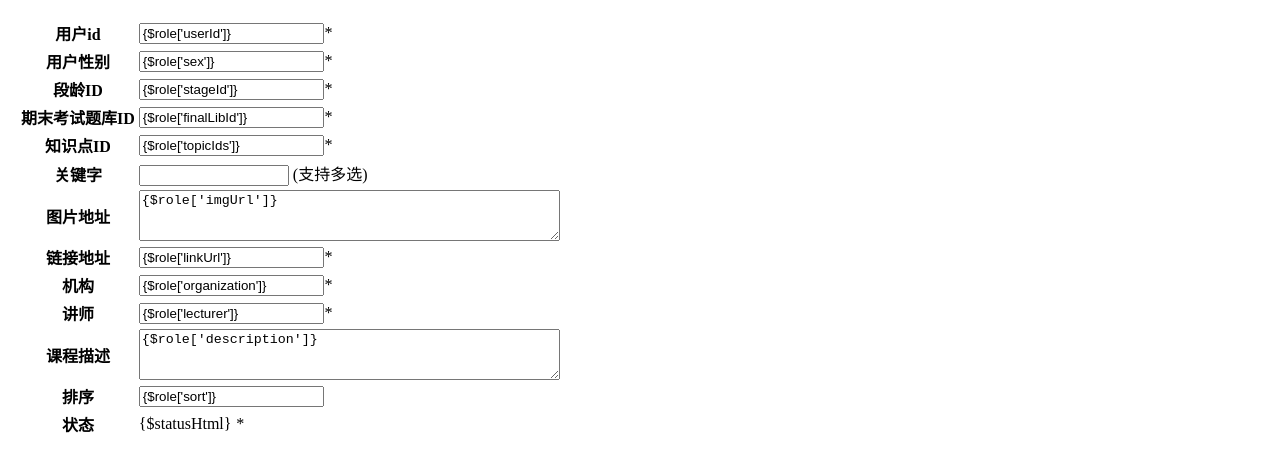
Repository: pridewu/hipi
Page: Education_dev_platform/branches/v1/Application/System/View/v1/Role/edit.html
These files come from the project's save history. The page is drawn as it stood at one moment and after the next save; the edit follows.
The browser window is 1280 px wide. The pictures show the whole page.

Above is the page before, as saved 2014-12-05 11:24:03.

### Education_dev_platform/branches/v1/Application/System/View/v1/Role/edit.html
<form id="edit_form" method="post" style="padding:10px">
<table class="editTable">
	<tr>
		<th>用户id</th>
		<td>
			<input type="hidden" id="id" name="id" value="{$role['id']}"/>
			<input type="text" id="userId" name="userId" value="{$role['userId']}"/><em>*</em>
		</td>
	<tr>
		<th>用户性别</th>
		<td>
			<input type="text" id="sex" name="sex" value="{$role['sex']}"/><em>*</em>
		</td>
	</tr>
	<tr>
		<th>段龄ID</th>
		<td>
			<input type="text" id="stageId" name="stageId" value="{$role['stageId']}"/><em>*</em>
		</td>
	</tr>
	<tr>
		<th>期末考试题库ID</th>
		<td>
			<input type="text" id="finalLibId" name="finalLibId" value="{$role['finalLibId']}"/><em>*</em>
		</td>
	</tr>
	<tr>
		<th>知识点ID</th>
		<td>
			<input type="text" id="topicIds" name="topicIds" value="{$role['topicIds']}"/><em>*</em>
		</td>
	</tr>
	<tr><th>关键字</th><td>
		<input type="hidden" id="aakeys" name="keys" value="{$role['keys']}"/>
		<input id="combobox_keys"  class="easyui-combobox" data-options="valueField:'id',textField:'name'" style="width:150px" /> (支持多选)
	</td></tr>
	<tr>
		<th>图片地址</th>
		<td>
			<textarea name="imgUrl" id="imgUrl" cols="50" rows="3">{$role['imgUrl']}</textarea>
			<a href="#" class="easyui-linkbutton" iconCls="icon-add" plain="true"
				onclick="upfileDialog(1,'{$thumb}','课程图片：{$role[name]}',1,1,'#imgUrl','\r\n')"></a>
		</td>
	</tr>
	<tr>
		<th>链接地址</th>
		<td>
			<input type="text" id="linkUrl" name="linkUrl" value="{$role['linkUrl']}"/><em>*</em>
		</td>
	</tr>
	<tr>
		<th>机构</th>
		<td>
			<input type="text" id="organization" name="organization" value="{$role['organization']}"/><em>*</em>
		</td>
	</tr>
	<tr>
		<th>讲师</th>
		<td>
			<input type="text" id="lecturer" name="lecturer" value="{$role['lecturer']}"/><em>*</em>
		</td>
	</tr>
	<tr>
		<th>课程描述</th>
		<td>
			<textarea name="description" id="description" cols="50" rows="3">{$role['description']}</textarea>
		</td>
	</tr>
	<tr>
		<th>排序</th>
		<td><input type="text" id="sort" name="sort" value="{$role['sort']}"/></td>
	</tr>
	<tr><th>状态</th><td>{$statusHtml} <em>*</em></td></tr>
</table>
</form>

After the next save:
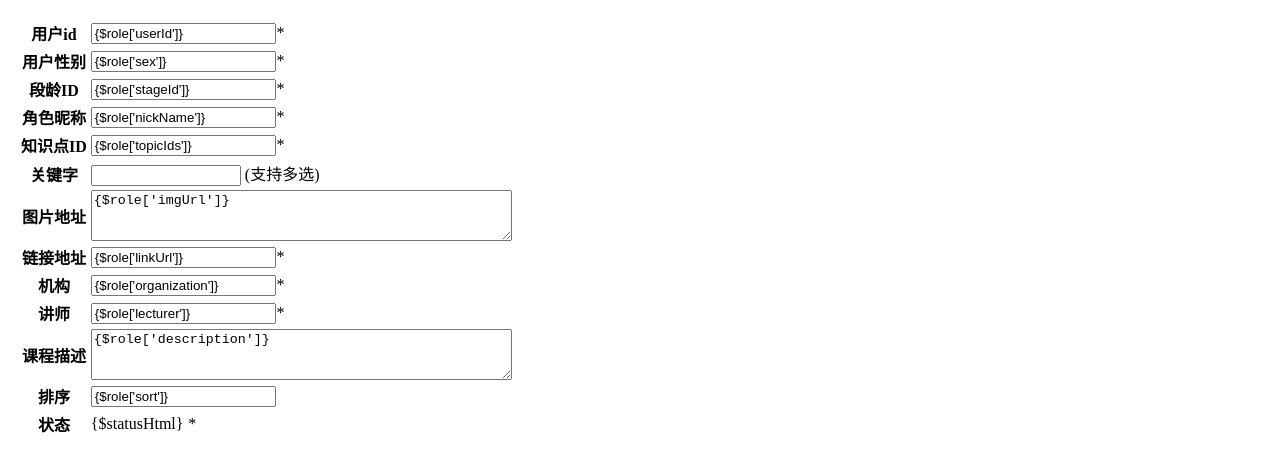
Saved 70 s later.
--- a/Education_dev_platform/branches/v1/Application/System/View/v1/Role/edit.html
+++ b/Education_dev_platform/branches/v1/Application/System/View/v1/Role/edit.html
@@ -19,9 +19,9 @@
 		</td>
 	</tr>
 	<tr>
-		<th>期末考试题库ID</th>
+		<th>角色昵称</th>
 		<td>
-			<input type="text" id="finalLibId" name="finalLibId" value="{$role['finalLibId']}"/><em>*</em>
+			<input type="text" id="nickName" name="nickName" value="{$role['nickName']}"/><em>*</em>
 		</td>
 	</tr>
 	<tr>
